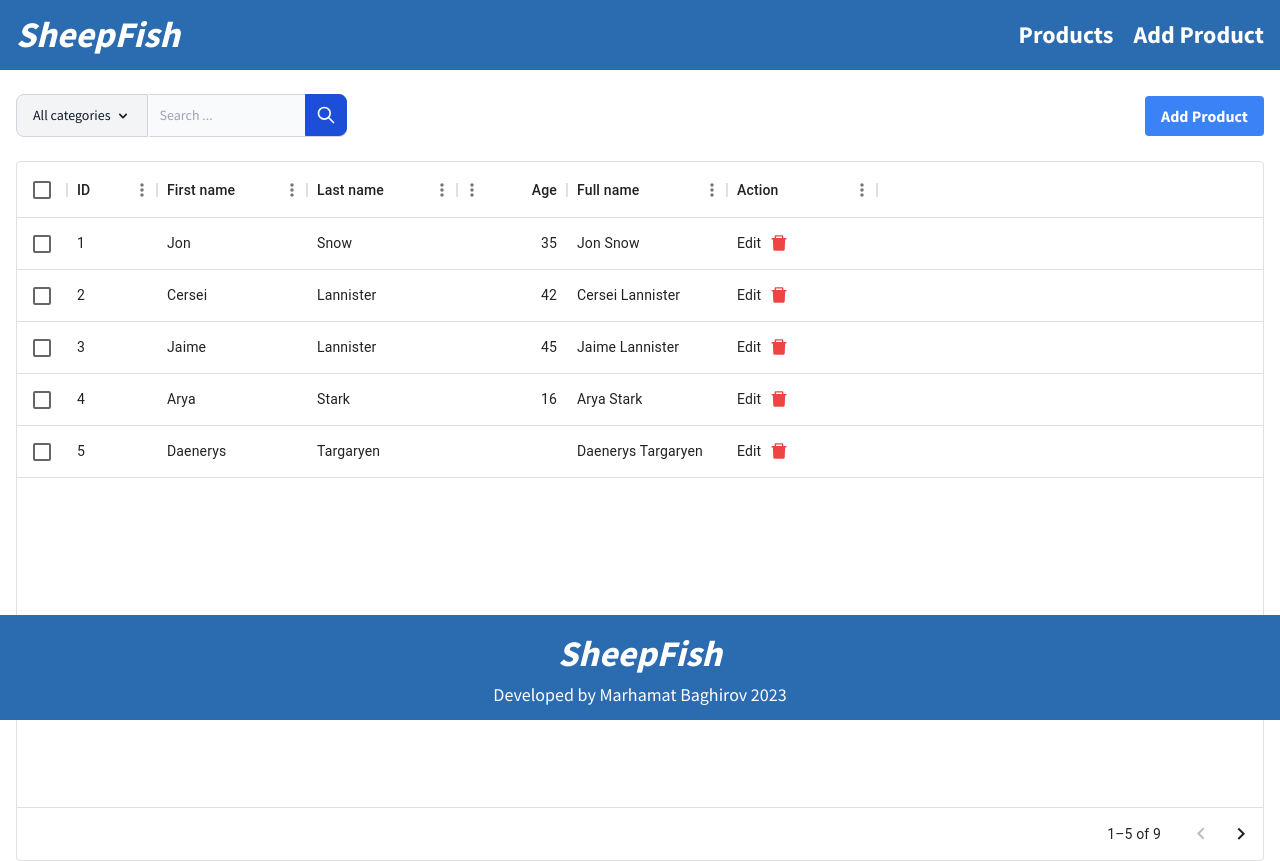
Repository: Marhamat92/sheep-fish-task
Page: /
The author's editor kept a copy of each file at every save. The page is drawn from the files as they stood at one save, then again after the next save.
The browser window is 1280 px wide. The pictures show the whole page.
The project was rebuilt for these pictures with package versions that can differ from the ones it lists, and the page was loaded fresh each time. Also part of the build but not shown: src/App.css.

Above is the page before, as saved 2023-03-28 18:01:00.

### public/index.html
<!DOCTYPE html>
<html lang="en">

<head>
  <meta charset="utf-8" />
  <link rel="icon" href="%PUBLIC_URL%/favicon.ico" />
  <meta name="viewport" content="width=device-width, initial-scale=1" />
  <meta name="theme-color" content="#000000" />
  <meta name="description" content="Web site created using create-react-app" />
  <link rel="apple-touch-icon" href="%PUBLIC_URL%/logo192.png" />
  <link rel="preconnect" href="https://fonts.googleapis.com">
  <link rel="preconnect" href="https://fonts.gstatic.com" crossorigin>
  <link href="https://fonts.googleapis.com/css2?family=Source+Sans+Pro:wght@200;300;400;600;700;900&display=swap"
    rel="stylesheet">
  <!--
      manifest.json provides metadata used when your web app is installed on a
      user's mobile device or desktop. See https://developers.google.com/web/fundamentals/web-app-manifest/
    -->
  <link rel="manifest" href="%PUBLIC_URL%/manifest.json" />
  <!--
      Notice the use of %PUBLIC_URL% in the tags above.
      It will be replaced with the URL of the `public` folder during the build.
      Only files inside the `public` folder can be referenced from the HTML.

      Unlike "/favicon.ico" or "favicon.ico", "%PUBLIC_URL%/favicon.ico" will
      work correctly both with client-side routing and a non-root public URL.
      Learn how to configure a non-root public URL by running `npm run build`.
    -->
  <title>SheepFish</title>
</head>

<body>
  <noscript>You need to enable JavaScript to run this app.</noscript>
  <div id="root"></div>
  <!--
      This HTML file is a template.
      If you open it directly in the browser, you will see an empty page.

      You can add webfonts, meta tags, or analytics to this file.
      The build step will place the bundled scripts into the <body> tag.

      To begin the development, run `npm start` or `yarn start`.
      To create a production bundle, use `npm run build` or `yarn build`.
    -->
</body>

</html>

### src/index.css
@tailwind base;
@tailwind components;
@tailwind utilities;


body {
  font-family: 'Source Sans Pro', sans-serif;
}

code {
  font-family: 'Source Sans Pro', sans-serif;
}

### src/App.tsx
import React from "react";
import logo from "./logo.svg";
import "./App.css";
import Header from "./components/Header";
import Layout from "./Layout/Layout";
import BaseRouter from "./routes";

function App() {
  return (
    <div>
      <Layout>
        <BaseRouter />
      </Layout>
    </div>
  );
}

export default App;

### src/Layout/Layout.tsx
import React from "react";
import Header from "../components/Header";
import Footer from "../components/Footer";

type Props = {
  children: React.ReactNode;
};

const Layout = ({ children }: Props) => {
  return (
    <div>
      <Header />
      {children}
      <Footer />
    </div>
  );
};

export default Layout;

### src/routes.js
import { Route, Routes } from "react-router-dom";
import React from "react";
import ProductList from "./pages/Products/ProductList";
import AddProduct from "./pages/Products/AddProduct";

const BaseRouter = () => (
  <Routes>
    <Route exact path="/" element={
      <ProductList />
    } />
    <Route exact path="/products"
      element={
        <ProductList />
      }
    />
    <Route exact path="/products/add" element={
      <AddProduct />
    } />
  </Routes>
);

export default BaseRouter;

### src/components/Header.tsx
import React, { useEffect, useState } from "react";
import { Link } from "react-router-dom";
import { BiMenu } from "react-icons/bi";

type Props = {};

const Header = (props: Props) => {
  const [mobileMenu, setMobileMenu] = useState(false);
  const [showMobileMenu, setShowMobileMenu] = useState(false);

  const checkScreenSize = () => {
    if (window.innerWidth <= 768) {
      setMobileMenu(true);
    } else {
      setMobileMenu(false);
      setShowMobileMenu(false);
    }
  };

  useEffect(() => {
    checkScreenSize();
    window.addEventListener("resize", checkScreenSize);
    return () => {
      window.removeEventListener("resize", checkScreenSize);
    };
  }, [mobileMenu]);

  return (
    <div className=' bg-mainPrimary '>
      <div className='container flex flex-row justify-between items-center py-2'>
        <div>
          <h1
            className='
            text-4xl font-bold text-white italic
          '
          >
            SheepFish
          </h1>
        </div>
        {mobileMenu ? (
          <BiMenu
            onClick={() => {
              setShowMobileMenu(true);
            }}
            className='text-3xl text-white'
          />
        ) : (
          <div className='flex flex-row justify-between space-x-5'>
            <Link to='/products'>
              <div
                className='text-2xl font-bold text-white hover:underline transition-all duration-300
          cursor-pointer'
              >
                Products
              </div>
            </Link>
            <Link to='/products/add'>
              <div className='text-2xl font-bold text-white hover:underline transition-all duration-300 cursor-pointer'>
                Add Product
              </div>
            </Link>
          </div>
        )}
        {showMobileMenu && (
          <div className='bg-mainTertiary h-screen absolute top-0 left-0 right-0 '>
            <div className='flex flex-col justify-center items-center'>
              <div className='text-2xl font-bold text-white hover:underline transition-all duration-300 cursor-pointer'>
                Products
              </div>
              <div className='text-2xl font-bold text-white hover:underline transition-all duration-300 cursor-pointer'>
                Add Product
              </div>
            </div>
          </div>
        )}
      </div>
    </div>
  );
};

export default Header;

### src/components/Footer.tsx
import React from "react";

type Props = {};

const Footer = ({}: Props) => {
  return (
    <div className='bg-mainPrimary py-3 absolute bottom-0 w-full'>
      <div className='container mx-auto flex flex-col items-center justify-center'>
        <h1 className='text-4xl font-bold text-white italic text-center'>
          SheepFish
        </h1>
        <p className='text-white font-regular text-lg text-center'>
          Developed by Marhamat Baghirov {new Date().getFullYear()}
        </p>
      </div>
    </div>
  );
};

export default Footer;

### src/pages/Products/ProductList.tsx
import React from "react";
import SearchField from "../../components/SearchField";
import ListTable from "../../components/ListTable";

type Props = {};

function ProductList({}: Props) {
  const rows = [
    { id: 1, lastName: "Snow", firstName: "Jon", age: 35 },
    { id: 2, lastName: "Lannister", firstName: "Cersei", age: 42 },
    { id: 3, lastName: "Lannister", firstName: "Jaime", age: 45 },
    { id: 4, lastName: "Stark", firstName: "Arya", age: 16 },
    { id: 5, lastName: "Targaryen", firstName: "Daenerys", age: null },
    { id: 6, lastName: "Melisandre", firstName: null, age: 150 },
    { id: 7, lastName: "Clifford", firstName: "Ferrara", age: 44 },
    { id: 8, lastName: "Frances", firstName: "Rossini", age: 36 },
    { id: 9, lastName: "Roxie", firstName: "Harvey", age: 65 },
  ];

  return (
    <div className='container mt-6'>
      <div className='flex justify-between items-center'>
        <div>
          <SearchField />
        </div>
        <div>
          <button className='bg-blue-500 hover:bg-blue-700 text-white font-bold py-2 px-4 rounded'>
            Add Product
          </button>
        </div>
      </div>
      <div className='mt-6'>
        <ListTable dataRows={rows} />
      </div>
    </div>
  );
}

export default ProductList;

### src/components/SearchField.tsx
import React from "react";

type Props = {};

const SearchField = (props: Props) => {
  return (
    <form className=''>
      <div className='flex'>
        <label
          htmlFor='search-dropdown'
          className='mb-2 text-sm font-medium text-gray-900 sr-only dark:text-white'
        >
          Your Email
        </label>
        <button
          id='dropdown-button'
          data-dropdown-toggle='dropdown'
          className='flex-shrink-0 z-10 inline-flex items-center py-2.5 px-4 text-sm font-medium text-center text-gray-900 bg-gray-100 border border-gray-300 rounded-l-lg hover:bg-gray-200 focus:ring-4 focus:outline-none focus:ring-gray-100 dark:bg-gray-700 dark:hover:bg-gray-600 dark:focus:ring-gray-700 dark:text-white dark:border-gray-600'
          type='button'
        >
          All categories{" "}
          <svg
            aria-hidden='true'
            className='w-4 h-4 ml-1'
            fill='currentColor'
            viewBox='0 0 20 20'
            xmlns='http://www.w3.org/2000/svg'
          >
            <path
              fill-rule='evenodd'
              d='M5.293 7.293a1 1 0 011.414 0L10 10.586l3.293-3.293a1 1 0 111.414 1.414l-4 4a1 1 0 01-1.414 0l-4-4a1 1 0 010-1.414z'
              clip-rule='evenodd'
            ></path>
          </svg>
        </button>
        <div
          id='dropdown'
          className='z-10 hidden bg-white divide-y divide-gray-100 rounded-lg shadow w-44 dark:bg-gray-700'
        >
          <ul
            className='py-2 text-sm text-gray-700 dark:text-gray-200'
            aria-labelledby='dropdown-button'
          >
            <li>
              <button
                type='button'
                className='inline-flex w-full px-4 py-2 hover:bg-gray-100 dark:hover:bg-gray-600 dark:hover:text-white'
              >
                Mockups
              </button>
            </li>
            <li>
              <button
                type='button'
                className='inline-flex w-full px-4 py-2 hover:bg-gray-100 dark:hover:bg-gray-600 dark:hover:text-white'
              >
                Templates
              </button>
            </li>
            <li>
              <button
                type='button'
                className='inline-flex w-full px-4 py-2 hover:bg-gray-100 dark:hover:bg-gray-600 dark:hover:text-white'
              >
                Design
              </button>
            </li>
            <li>
              <button
                type='button'
                className='inline-flex w-full px-4 py-2 hover:bg-gray-100 dark:hover:bg-gray-600 dark:hover:text-white'
              >
                Logos
              </button>
            </li>
          </ul>
        </div>
        <div className='relative w-full'>
          <input
            type='search'
            id='search-dropdown'
            className='block p-2.5 w-full z-20 text-sm text-gray-900 bg-gray-50 rounded-r-lg border-l-gray-50 border-l-2 border border-gray-300    dark:placeholder-gray-400 dark:text-white  focus:ring-transparent first-letter:
            focus:ring-4 focus:outline-none focus:ring-blue-300 dark:bg-gray-600
            '
            placeholder='Search ...'
            required
          />
          <button
            type='submit'
            className='absolute top-0 right-0 p-2.5 text-sm font-medium text-white bg-blue-700 rounded-r-lg border border-blue-700 hover:bg-blue-800 focus:ring-4 focus:outline-none focus:ring-blue-300 dark:bg-blue-600 dark:hover:bg-blue-700 dark:focus:ring-blue-800'
          >
            <svg
              aria-hidden='true'
              className='w-5 h-5'
              fill='none'
              stroke='currentColor'
              viewBox='0 0 24 24'
              xmlns='http://www.w3.org/2000/svg'
            >
              <path
                stroke-linecap='round'
                stroke-linejoin='round'
                stroke-width='2'
                d='M21 21l-6-6m2-5a7 7 0 11-14 0 7 7 0 0114 0z'
              ></path>
            </svg>
            <span className='sr-only'>Search</span>
          </button>
        </div>
      </div>
    </form>
  );
};

export default SearchField;

### src/components/ListTable.tsx
import React from "react";
import Box from "@mui/material/Box";
import { DataGrid, GridColDef, GridValueGetterParams } from "@mui/x-data-grid";
import { Link } from "react-router-dom";
import { AiFillDelete } from "react-icons/ai";

type Props = {
  dataRows: any;
};

const ListTable = ({ dataRows }: Props) => {
  const columns: GridColDef[] = [
    { field: "id", headerName: "ID", width: 90 },
    {
      field: "firstName",
      headerName: "First name",
      width: 150,
      editable: true,
    },
    {
      field: "lastName",
      headerName: "Last name",
      width: 150,
      editable: true,
    },
    {
      field: "age",
      headerName: "Age",
      type: "number",
      width: 110,
      editable: true,
    },
    {
      field: "fullName",
      headerName: "Full name",
      description: "This column has a value getter and is not sortable.",
      sortable: false,
      width: 160,
      valueGetter: (params: GridValueGetterParams) =>
        `${params.row.firstName || ""} ${params.row.lastName || ""}`,
    },
    {
      field: "action",
      headerName: "Action",
      width: 150,
      renderCell: (params) => {
        return (
          <div className='flex flex-row items-center'>
            <Link to={"/product/" + params.row.id}>
              <button className='productListEdit'>Edit</button>
            </Link>
            <AiFillDelete
              onClick={() => {
                removeProduct(params.row.id);
              }}
              className='text-xl text-red-500 cursor-pointer ml-2'
            />
          </div>
        );
      },
    },
  ];

  const removeProduct = (id: any) => {
    console.log(id);
  };

  return (
    <Box sx={{ height: 700, width: "100%" }}>
      <DataGrid
        rows={dataRows}
        columns={columns}
        initialState={{
          pagination: {
            paginationModel: {
              pageSize: 5,
            },
          },
        }}
        pageSizeOptions={[5]}
        checkboxSelection
        disableRowSelectionOnClick
      />
    </Box>
  );
};

export default ListTable;

### tailwind.config.js
/** @type {import('tailwindcss').Config} */
module.exports = {
  content: ["./src/**/*.{js,jsx,ts,tsx}",],
  theme: {
    extend: {
      colors: {
        "textPrimary": "#1a202c",
        "textSecondary": "#2d3748",
        "textTertiary": "#4a5568",
        "mainPrimary": "#2b6cb0",
        "mainSecondary": "#4299e1",
        "mainTertiary": "#63b3ed",
        "success": "#48bb78",
        "danger": "#e53e3e",
        "warning": "#dd6b20",
        "info": "#3182ce",
        "light": "#f7fafc",
        "dark": "#1a202c",
        "white": "#fff",
        "black": "#000",
        //close this
      },
      fontFamily: {
        sans: ["Roboto", "sans-serif"],
      },
      fontSize: {
        "xs": ".75rem",
        "sm": ".875rem",
        "tiny": ".875rem",
        "base": "1rem",
        "lg": "1.125rem",
        "xl": "1.25rem",
        "2xl": "1.5rem",
        "3xl": "1.875rem",
        "4xl": "2.25rem",
        "5xl": "3rem",
        "6xl": "4rem",
        "7xl": "5rem",
        "8xl": "6rem",
        "9xl": "7rem",
        "10xl": "8rem",
      },
      spacing: {
        "0": "0",
        "1": "0.25rem",
        "2": "0.5rem",
        "3": "0.75rem",
        "4": "1rem",
        "5": "1.25rem",
        "6": "1.5rem",
        "8": "2rem",
      },
      boxShadow: {
        "xs": "0 0 0 1px rgba(0, 0, 0, 0.05)",
        "sm": "0 1px 2px 0 rgba(0, 0, 0, 0.05)",
        "default": "0 1px 3px 0 rgba(0, 0, 0, 0.1), 0 1px 2px 0 rgba(0, 0, 0, 0.06)",
        "md": "0 4px 6px -1px rgba(0, 0, 0, 0.1), 0 2px 4px -1px rgba(0, 0, 0, 0.06)",
        "lg": "0 10px 15px -3px rgba(0, 0, 0, 0.1), 0 4px 6px -2px rgba(0, 0, 0, 0.05)",
        "xl": "0 20px 25px -5px rgba(0, 0, 0, 0.1), 0 10px 10px -5px rgba(0, 0, 0, 0.04)",
        "2xl": "0 25px 50px -12px rgba(0, 0, 0, 0.25)",
      },
      screens: {
        "xs": "320px",
        "sm": "640px",
        "md": "768px",
        "lg": "1024px",
        "xl": "1280px",
        "2xl": "1536px",
      },

      container: {
        center: true,
        padding: "1rem",
      },

    },
    plugins: [




    ],
  }
}

Loaded but not shown: src/index.tsx (common file); src/reportWebVitals.ts (common file); src/pages/Products/AddProduct.tsx (no stored copy; drawn as an empty file)

After the next save:
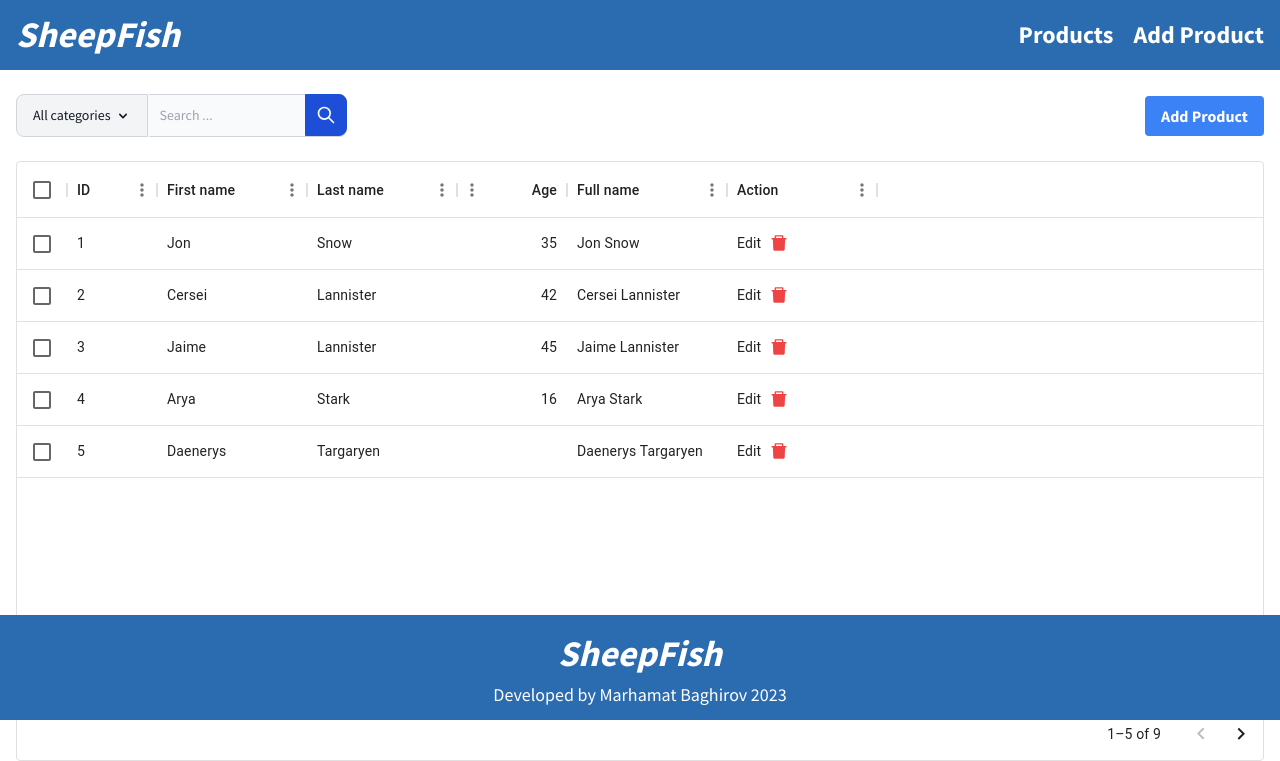
Saved 31 s later.
--- a/src/components/ListTable.tsx
+++ b/src/components/ListTable.tsx
@@ -66,7 +66,7 @@
   };
 
   return (
-    <Box sx={{ height: 700, width: "100%" }}>
+    <Box sx={{ height: 600, width: "100%" }}>
       <DataGrid
         rows={dataRows}
         columns={columns}
